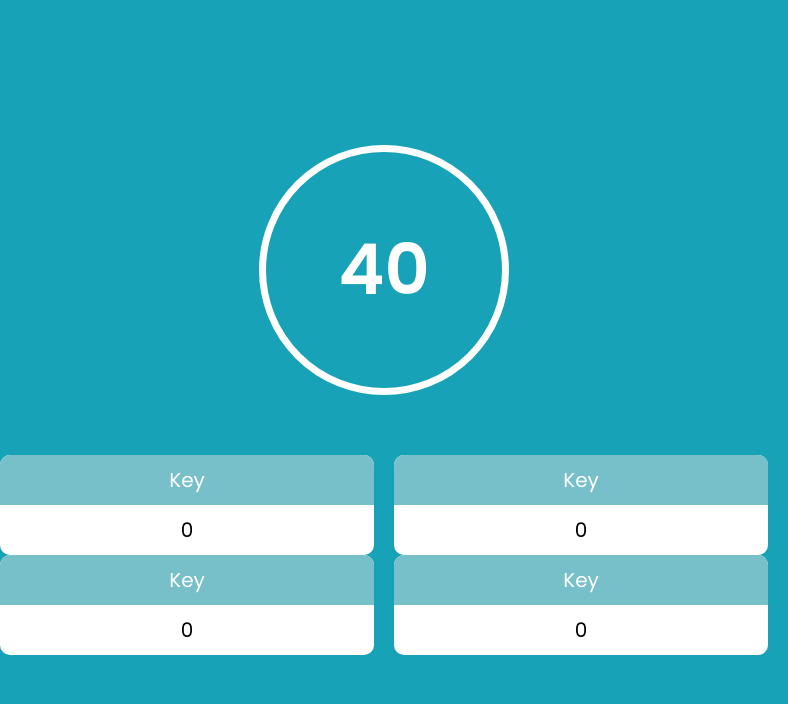
Repository: congnt98/Lean-javascript-in-project
Page: 30Days/6_Keydown/index.html
An editor plug-in stored every save of this project. The page is shown before and after a run of saves, followed by the edit.
The browser window is 768 px wide. The page is 788 px wide, so the pictures cover 788 px, including what lies to the right of the window. The pictures show the whole page.

Above is the page before, as saved 2024-02-22 10:32:24.

After the next 4 saves:
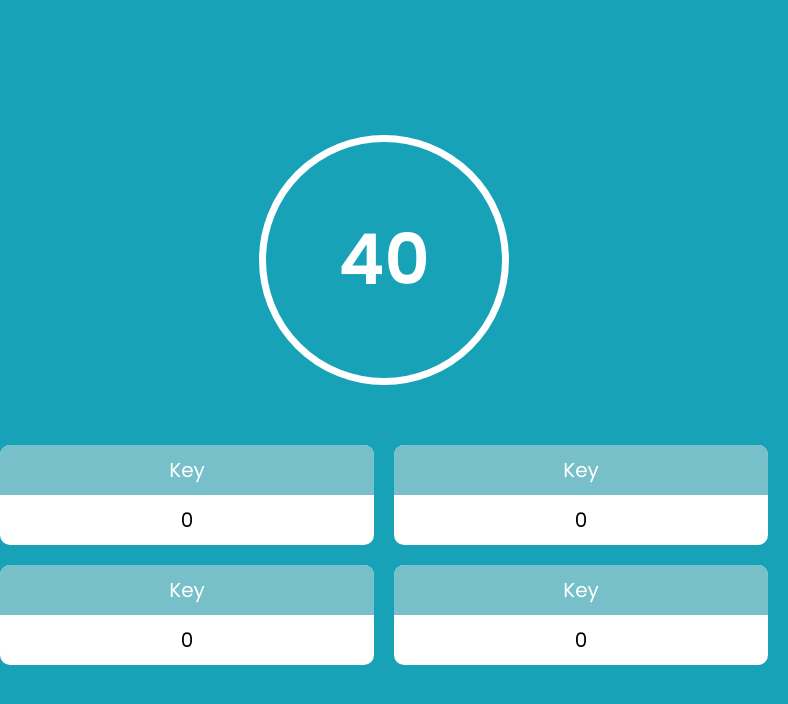
The 4 saves are shown as one change because they came seconds apart.
The last was saved 15 s later.
--- a/30Days/6_Keydown/style.css
+++ b/30Days/6_Keydown/style.css
@@ -100,5 +100,6 @@ body {
     .box .detail {
         --gap: 20px;
         --colums: 2;
+        --row-gap: 20px
     }
 }
